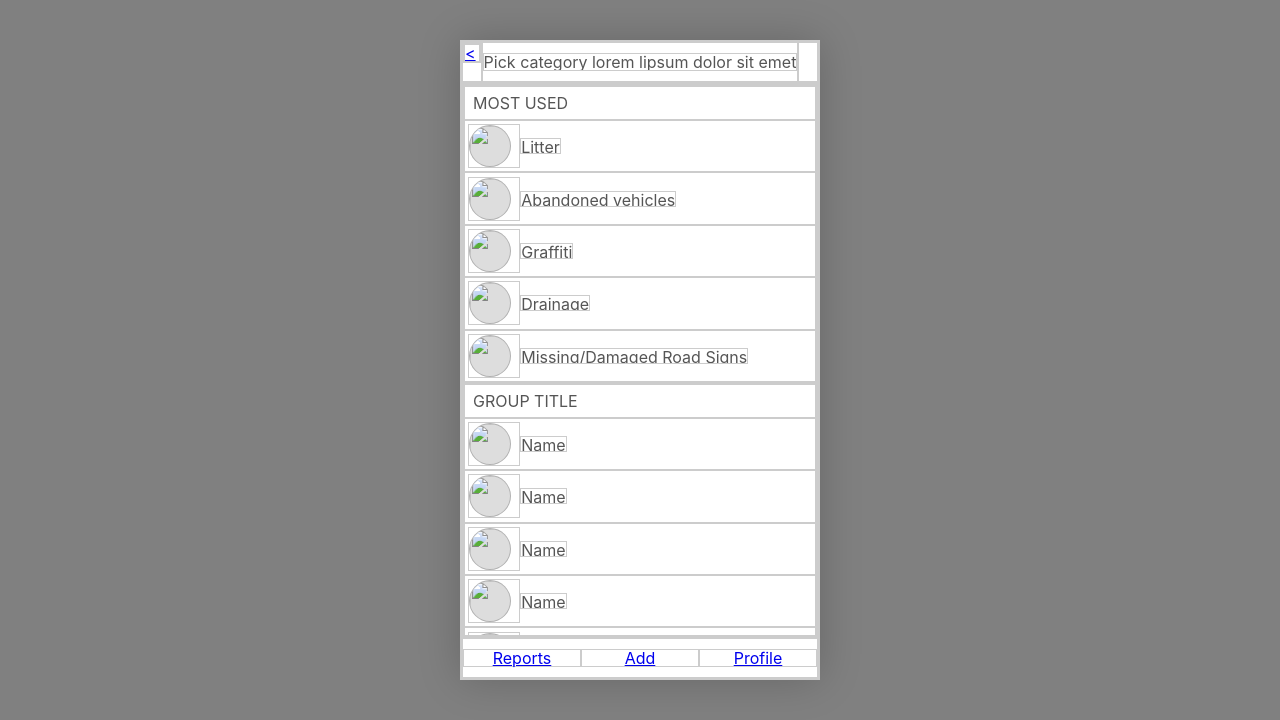
Repository: aleksandrenko/html-css-playground
Page: add report.html
The author's editor kept a copy of each file at every save. The page is drawn from the files as they stood at one save, then again after the next save.
The browser window is 1280 px wide. The pictures show the whole page.

Above is the page before, as saved 2018-01-19 14:50:22.

### add report.html
<!DOCTYPE html>
<html lang="en">
<head>
  <meta charset="UTF-8">
  <link rel="stylesheet" href="./css/shared.css">
  <link rel="stylesheet" href="./css/pages/categories.css">
</head>
<body>

<app>
  <header>
    <left>
      <history-control>
        <a href="#"><</a>
      </history-control>
    </left>
    <middle>
      <page-name>Pick category lorem lipsum dolor sit emet</page-name>
    </middle>
    <right></right>
  </header>
  <main>
    <categories>
      <group>
        <title>Most used</title>
        <category>
            <picture><img src="./" alt=""></picture>
            <name>Litter</name>
          </category>
          <category>
            <picture><img src="./" alt=""></picture>
            <name>Abandoned vehicles</name>
          </category>
          <category>
            <picture><img src="./" alt=""></picture>
            <name>Graffiti</name>
          </category>
          <category>
            <picture><img src="./" alt=""></picture>
            <name>Drainage</name>
          </category>
          <category>
            <picture><img src="./" alt=""></picture>
            <name>Missing/Damaged Road Signs</name>
          </category>
      </group>

      <group>
          <title>Group title</title>
          <category>
              <picture><img src="./" alt=""></picture>
              <name>Name</name>
            </category>
            <category>
              <picture><img src="./" alt=""></picture>
              <name>Name</name>
            </category>
            <category>
              <picture><img src="./" alt=""></picture>
              <name>Name</name>
            </category>
            <category>
              <picture><img src="./" alt=""></picture>
              <name>Name</name>
            </category>
            <category>
              <picture><img src="./" alt=""></picture>
              <name>Name</name>
            </category>
            <category>
              <picture><img src="./" alt=""></picture>
              <name>Name</name>
            </category>
            <category>
              <picture><img src="./" alt=""></picture>
              <name>Name</name>
            </category>
            <category>
              <picture><img src="./" alt=""></picture>
              <name>Name</name>
            </category>
            <category>
              <picture><img src="./" alt=""></picture>
              <name>Name</name>
            </category>
            <category>
              <picture><img src="./" alt=""></picture>
              <name>Name</name>
            </category>
            <category>
              <picture><img src="./" alt=""></picture>
              <name>Name</name>
            </category>
        </group>
    </categories>
  </main>
  <footer>
    <nav>
      <a href="#">Reports</a>
      <a href="#">Add</a>
      <a href="report.html">Profile</a>
    </nav>
  </footer>
</app>

</body>
</html>

### css/shared.css
@import "config.css";
@import "reset.css";
@import "global.css";

@import "debug.css";

@import "layout.css";

### css/pages/categories.css
categories {
  position: absolute;
  top: 0;
  bottom: 0;
  left: 0;
  right: 0;
  overflow-y: auto;
}

categories group title {
  padding: 0.5rem;
  text-transform: uppercase
}

categories group category {
  padding: 0.2rem;
  display: flex;
  flex-direction: row;
  align-items: center;
}

categories group picture img {
  display: block;
  width: 42px;
  height: 42px;
  background: #ddd;
  border-radius: 50%;
  margin-right: 0.5rem;
}

categories group name {
  overflow: hidden;
  text-overflow: ellipsis;
  height: 1rem;
}

### index.html
<!DOCTYPE html>
<html lang="en">
<head>
  <meta charset="UTF-8">
  <link rel="stylesheet" href="./css/shared.css">
  <link rel="stylesheet" href="./css/pages/splash.css">
</head>
<body>

<app>
  <splash>
    <h1>Ready to report?</h1>
    <h2>Report, track and discuss local problems!</h2>
    <login-button><a href="reports.html">Facebook</a></login-button>
  </splash>
</app>

</body>
</html>

### css/config.css
:root {
    --header-height: 42px;
    --footer-height: 42px;

    --min-width: 320px;
    --min-height: 460px;

    --text-global-color: #555;
    --text-global-font: "SF Pro Display", "SF Pro Icons", "Helvetica Neue", "Helvetica", "Roboto", "Arial" ,sans-serif;
}

### css/reset.css
html, body, div, span,
h1, h2, h3, h4, h5, h6, p,
a, abbr, acronym, address, img,
small, strike, strong,
b, u, i, center, ol, ul, li,
fieldset, form, label, footer, header,
menu, nav, section {
    margin: 0;
    padding: 0;
    border: 0;
    font-size: 100%;
    font: inherit;
    vertical-align: baseline;
}
/* HTML5 display-role reset for older browsers */
article, aside, details, figcaption, figure,
footer, header, hgroup, menu, nav, section {
    display: block;
}
body {
    line-height: 1;
}
ol, ul {
    list-style: none;
}

### css/global.css
body {
    min-height: var(--min-height);
    min-width: var(--min-width);
}

* {
    box-sizing: border-box;
    display: block;
}

app {
    font-family: var(--text-global-font);
    font-size: 1rem;
    color: var(--text-global-color);
    background: white;

}

### css/debug.css

body {
  background: gray;
}

body * {
  border: solid 1px rgba(0,0,0,0.2);
}

app {
  width: 360px;
  height: 640px;
  box-shadow: 0 0 40px rgba(0, 0, 0, .2);

  top: 50% !important;
  left: 50% !important;
  bottom: auto;
  right: auto;
  transform: translate(-50%, -50%);
}

### css/layout.css
app {
  display: flex;
  flex-direction: column;
  position: fixed;
  top: 0;
  bottom: 0;
  left: 0;
  right: 0;
}

/* app header */

app header {
  display: flex;
  height: 42px;
}

app header left {
  width: 42px;
  justify-content: center;
  align-items: center;
}

app header middle {
  flex: 1;
  display: flex;
  justify-content: center;
  align-items: center;
}

app header middle page-name {
  white-space: nowrap;
  overflow: hidden;
  text-overflow: ellipsis;
}

app header right {
  width: 42px;
  justify-content: center;
  align-items: center;
}

/* app main */

app main {
  flex: 1;
  position: relative;
  overflow: hidden;
}

/* app footer */

app footer {
  height: 42px;
  position: relative;
}

app footer nav {
  display: flex;
  flex-direction: row;
  height: 100%;
  align-items: center;
}

app footer nav a {
  flex: 1;
  text-align: center;
}

After the next save:
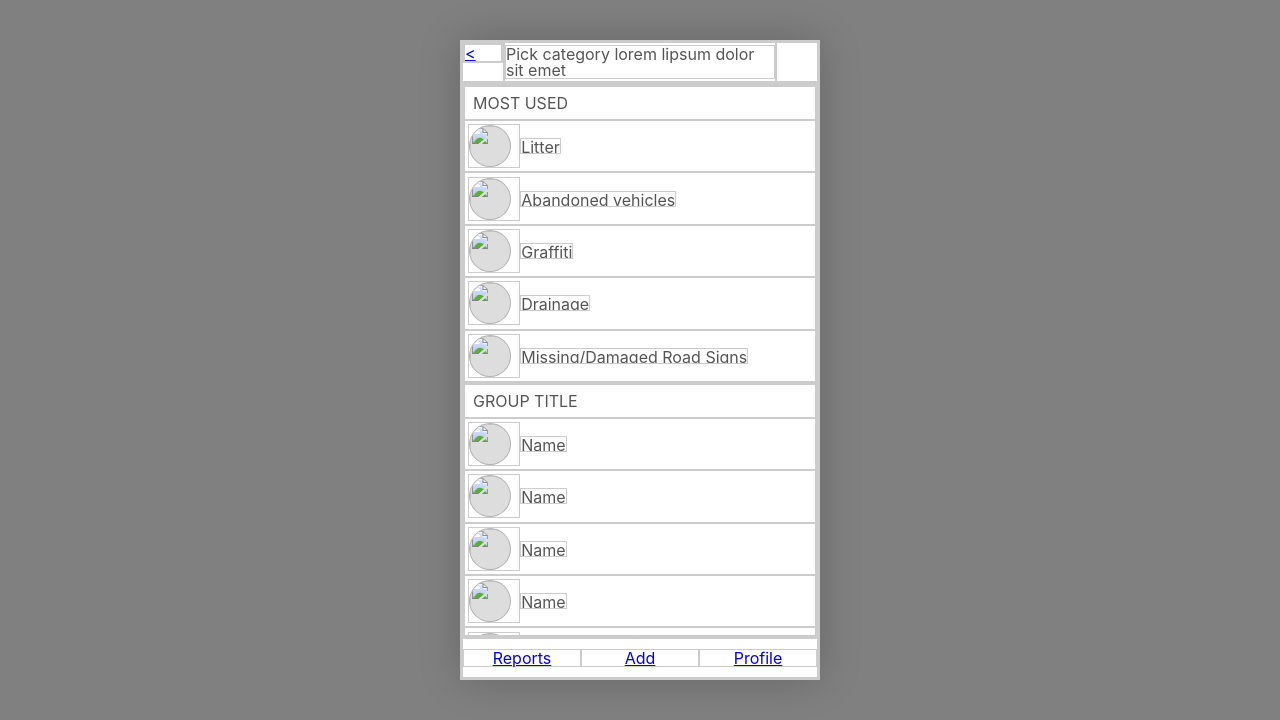
Saved 5 s later.
--- a/css/layout.css
+++ b/css/layout.css
@@ -29,7 +29,6 @@
 }
 
 app header middle page-name {
-  white-space: nowrap;
   overflow: hidden;
   text-overflow: ellipsis;
 }

After the 4 saves that followed:
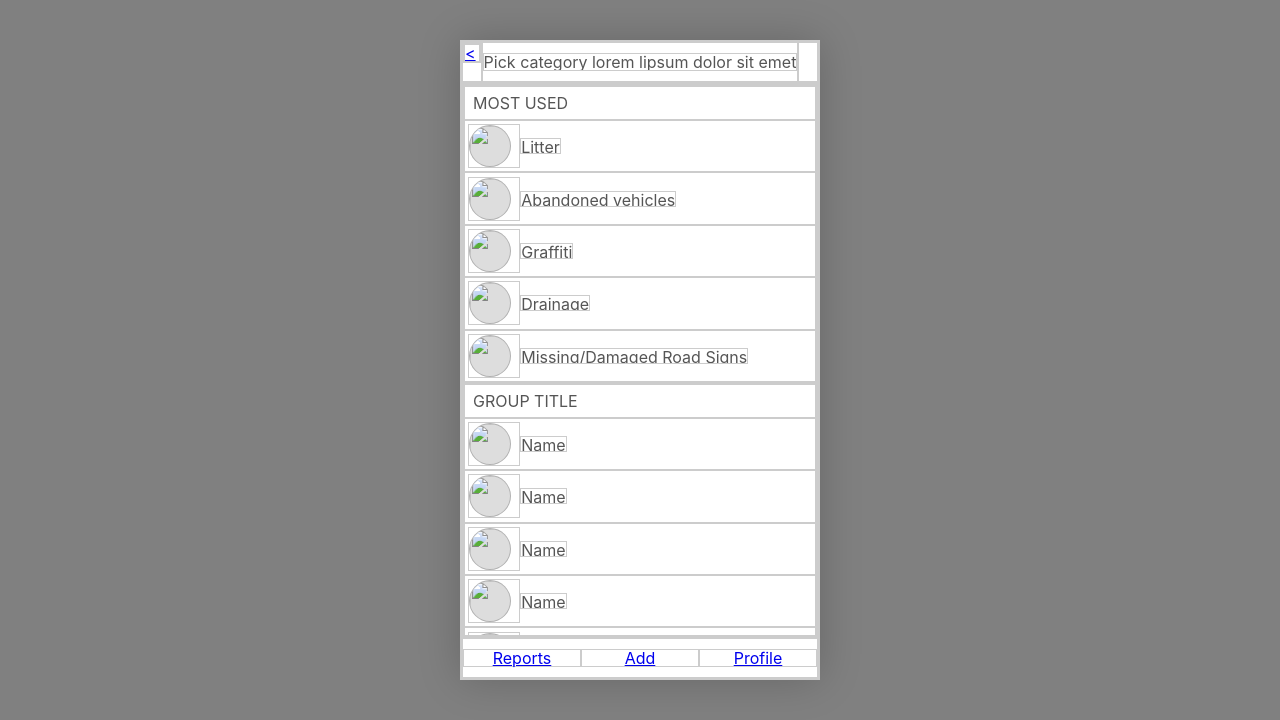
The 4 saves are shown as one change because 1 left the picture as it was and some came seconds apart.
The last was saved 15 s later.
--- a/css/layout.css
+++ b/css/layout.css
@@ -31,6 +31,7 @@
 app header middle page-name {
   overflow: hidden;
   text-overflow: ellipsis;
+  white-space: nowrap;
 }
 
 app header right {
